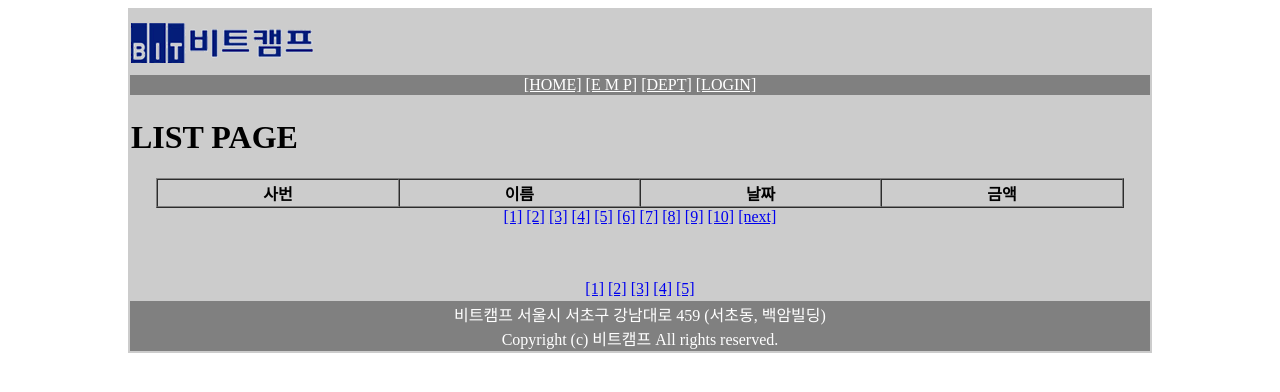
Repository: kwakjaeyeon/webWorkspace
Page: http://localhost/web05/emp/list.jsp?page=1
An editor plug-in stored every save of this project. The page is shown before and after the next save, followed by the edit.
The browser window is 1280 px wide. The pictures show the whole page.
The page is served by Tomcat 9. Queries for data that is not in the repository find no rows.

Above is the page before, as saved 2020-07-03 04:14:11.

After the next save:
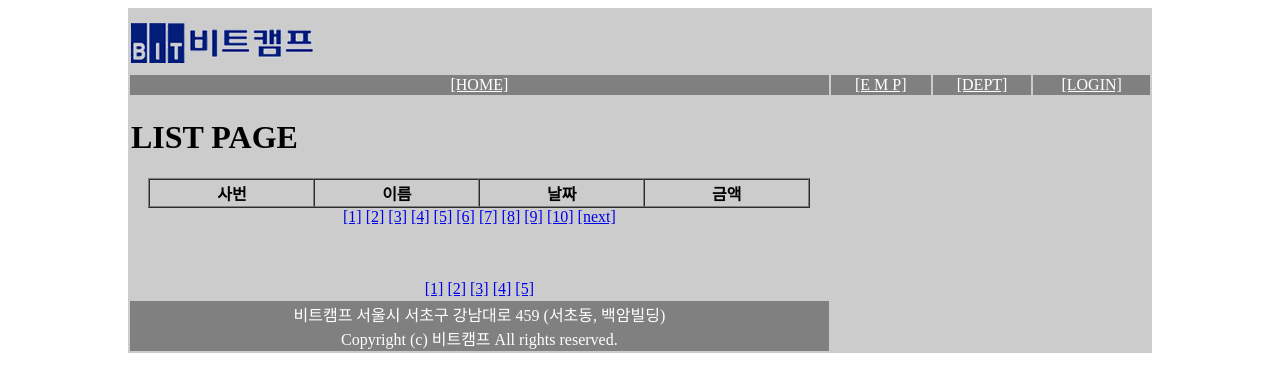
Saved 90 s later.
--- a/web05/WebContent/template/menu.jspf
+++ b/web05/WebContent/template/menu.jspf
@@ -1,13 +1,11 @@
 <%@ page language="java" contentType="text/html; charset=EUC-KR"
     pageEncoding="EUC-KR"%>
 
-	<tr>
-		<td align="center" bgcolor="gray">
-			<a href = "/web05/index.jsp" style = "color:white;">[HOME]</a>
-			<a href = "/web05/emp/list.jsp" style = "color:white;">[E M P]</a>
-			<a href = "/web05/dept/list.jsp" style = "color:white;">[DEPT]</a>
-			<a href = "/web05/login/form.jsp" style = "color:white;">[LOGIN]</a>
-		</td>
+	<tr align="center" bgcolor="gray">
+			<td><a href = "/web05/index.jsp" style = "color:white;">[HOME]</a></td>
+			<td><a href = "/web05/emp/list.jsp" style = "color:white;">[E M P]</a></td>
+			<td><a href = "/web05/dept/list.jsp" style = "color:white;">[DEPT]</a></td>
+			<td><a href = "/web05/login/form.jsp" style = "color:white;">[LOGIN]</a></td>
 	</tr>
 	<tr>
 		<td>

After the save that followed:
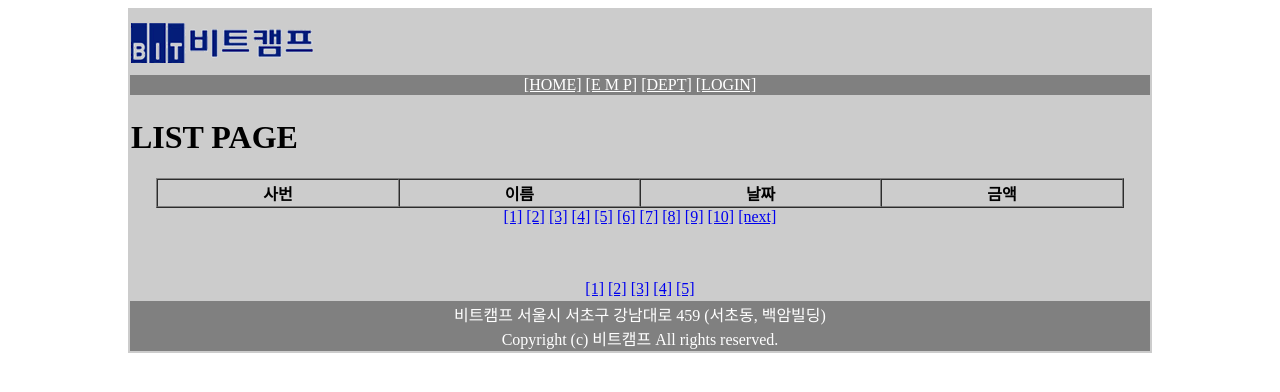
Saved 11 s later.
--- a/web05/WebContent/template/menu.jspf
+++ b/web05/WebContent/template/menu.jspf
@@ -2,10 +2,12 @@
     pageEncoding="EUC-KR"%>
 
 	<tr align="center" bgcolor="gray">
-			<td><a href = "/web05/index.jsp" style = "color:white;">[HOME]</a></td>
-			<td><a href = "/web05/emp/list.jsp" style = "color:white;">[E M P]</a></td>
-			<td><a href = "/web05/dept/list.jsp" style = "color:white;">[DEPT]</a></td>
-			<td><a href = "/web05/login/form.jsp" style = "color:white;">[LOGIN]</a></td>
+		<td>
+			<a href = "/web05/index.jsp" style = "color:white;">[HOME]</a>
+			<a href = "/web05/emp/list.jsp" style = "color:white;">[E M P]</a>
+			<a href = "/web05/dept/list.jsp" style = "color:white;">[DEPT]</a>
+			<a href = "/web05/login/form.jsp" style = "color:white;">[LOGIN]</a>
+		</td>
 	</tr>
 	<tr>
 		<td>
